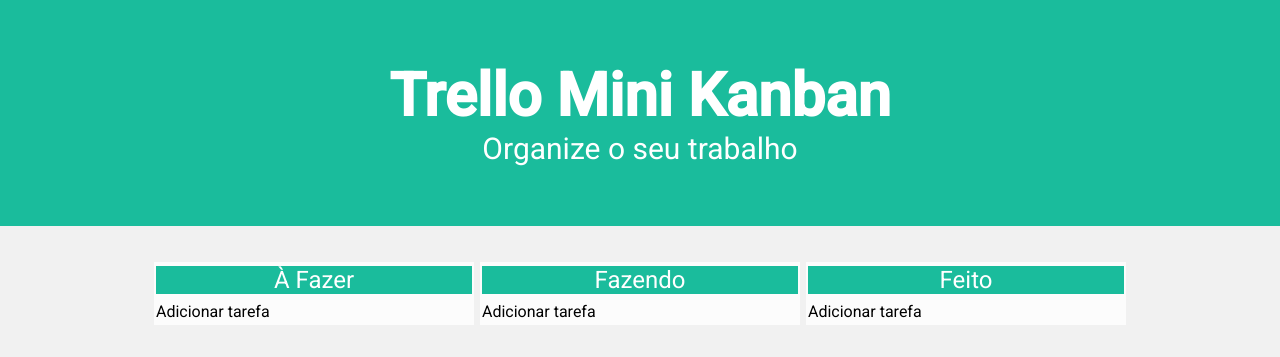
Repository: douglasabnovato/byteclass
Page: trello-mini-kanban/index.html
These files come from the project's save history. The page is drawn as it stood at one moment and after the next save; the edit follows.
The browser window is 1280 px wide. The pictures show the whole page.

Above is the page before, as saved 2025-07-31 21:07:49.

### trello-mini-kanban/index.html
<!DOCTYPE html>
<html>
  <head>
    <meta charset="UTF-8" />
    <meta http-equiv="X-UA-Compatible" content="IE=edge" />
    <meta name="viewport" content="width=device-width, initial-scale=1.0" />
    <link
      rel="stylesheet"
      href="https://cdnjs.cloudflare.com/ajax/libs/font-awesome/4.7.0/css/font-awesome.min.css"
    />
    <title>Trello Mini Kanban</title>
    <link rel="stylesheet" href="./style.css" />
  </head>

  <body>
    <div id="home" class="container content" >
      <header>
        <h1>Trello Mini Kanban</h1>
        <p>Organize o seu trabalho</p>
      </header>

      <main>
        <div class="board">
          <h3 class="title">À Fazer</h3>
          <ul
            id="a-fazer"
            class="todo-list"
            ondrop="drop(event, this.id)"
            ondragover="over(event)"
          ></ul>
          <div class="add-card" onclick="addCard(this)">
            <p>Adicionar tarefa</p>
          </div>
        </div>

        <div class="board">
          <h3 class="title">Fazendo</h3>
          <ul
            id="fazendo"
            class="todo-list"
            ondrop="drop(event, this.id)"
            ondragover="over(event)"
          ></ul>
          <div class="add-card" onclick="addCard(this)">
            <p>Adicionar tarefa</p>
          </div>
        </div>

        <div class="board">
          <h3 class="title">Feito</h3>
          <ul
            id="feito"
            class="todo-list"
            ondrop="drop(event, this.id)"
            ondragover="over(event)"
          ></ul>
          <div class="add-card" onclick="addCard(this)">
            <p>Adicionar tarefa</p>
          </div>
        </div>
      </main>
    </div>

    <script src="./script.js"></script>
  </body>
</html>

### trello-mini-kanban/style.css
@import url("https://fonts.googleapis.com/css2?family=Roboto:wght@100;300;400;500&display=swap");

* {
  box-sizing: border-box;
  margin: 0;
}

body {
  background-color: #f1f1f1;
  font-family: "Roboto", sans-serif;
}

header {
  padding: 60px;
  text-align: center;
  background: #1abc9c;
  color: white;
  font-size: 30px;
}

main {
  display: flex;
  flex-wrap: wrap;
  justify-content: center;
  padding-block: 36px;
  gap: 6px;
}

.board {
  display: flex;
  flex-direction: column;
  gap: 4px;
  padding-block: 4px;
  padding-inline: 2px;
  width: 320px;
  background-color: rgba(255, 255, 255, 0.8);
}

.board .title {
  background-color: #1abc9c;
  color: white;
  text-align: center;
  font-size: 24px;
  font-weight: 400;
}

/*

.board ul {
  list-style-type: none;
  min-height: 330px;
  padding: 2px;
  display: flex;
  flex-wrap: wrap;
  align-content: flex-start;
}

.board li {
  background-color: white;
  box-shadow: 2px 2px rgba(0, 0, 0, 0.2);
  border-radius: 4px;
  min-width: 100px;
  height: 40px;
  display: flex;
  justify-content: space-between;
  margin: 4px 10px;
  padding: 8px;
  display: flex;
  align-items: center;
}

.board li:hover {
  cursor: move;
  background-color: rgba(200, 200, 200, 0.5);
  box-shadow: 2px 2px rgba(0, 0, 0, 0.4);
}

.board .todo-list .remove {
  width: 16px;
  height: 16px;
  border-radius: 50%;
  text-align: center;
  font-size: 12px;
  color: #c3c3c3;
}

.board .todo-list .remove:hover {
  cursor: pointer;
  background-color: lightcoral;
}

.board .add-card {
  background-color: rgba(200, 200, 200, 0.8);
  border-radius: 2px;
  box-shadow: 2px 2px rgba(0, 0, 0, 0.2);
  margin: 4px 4px;
}

.board .add-card:hover {
  background-color: rgba(192, 182, 182, 0.95);
  cursor: pointer;
  box-shadow: 2px 2px rgba(0, 0, 0, 0.4);
}

.board .add-card p {
  font-size: 16px;
  padding: 15px 10px;
  font-weight: 100;
}
*/

### trello-mini-kanban/script.js

// function addCard(element) {
//   const ulId = element.previousElementSibling.id;
//   const text = prompt("Qual é a tarefa?");
//   const board = document.getElementById(ulId);

//   const template = `
//     <li id="${new Date().getTime()}" draggable="true" ondragstart="drag(event)">
//         <p>${text}</p>
//         <p class="remove" onclick="removeCard(this)">x</p>
//     </li>
//   `;

//   board.innerHTML += template;
// }

// /* remover uma tarefa */
// function removeCard(element) {
//   document.getElementById(element.parentElement.id).remove();
// }

// /* arrastar uma tarefa entre os quadros */
// function drag(event) {
//   event.dataTransfer.setData("card", event.target.id);
// }

// function over(event) {
//   event.preventDefault();
// }

// function drop(event, id) {
//   event.preventDefault();

//   const target = document.getElementById(id);
//   const data = event.dataTransfer.getData("card");
//   const card = document.getElementById(data);

//   target.appendChild(card);
//   event.dataTransfer.clearData();
// }

After the next save:
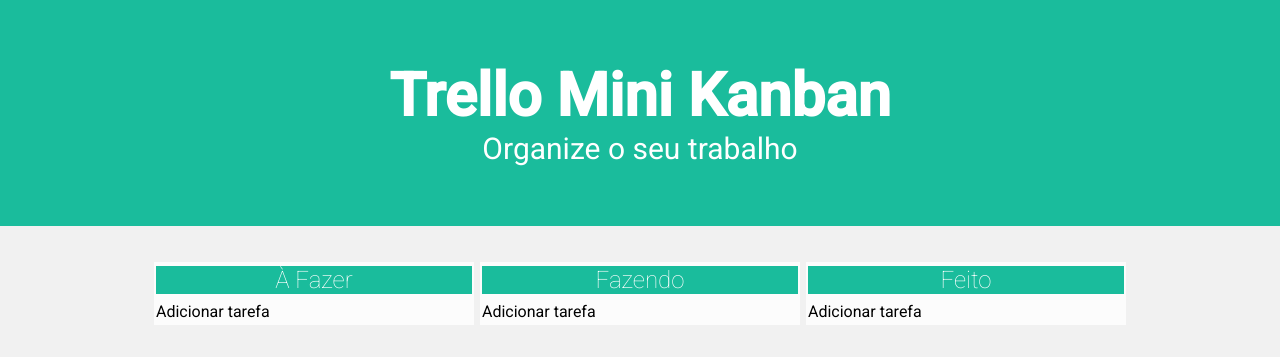
Saved 43 s later.
--- a/trello-mini-kanban/style.css
+++ b/trello-mini-kanban/style.css
@@ -41,7 +41,7 @@
   color: white;
   text-align: center;
   font-size: 24px;
-  font-weight: 400;
+  font-weight: 200;
 }
 
 /*

After the 2 saves that followed:
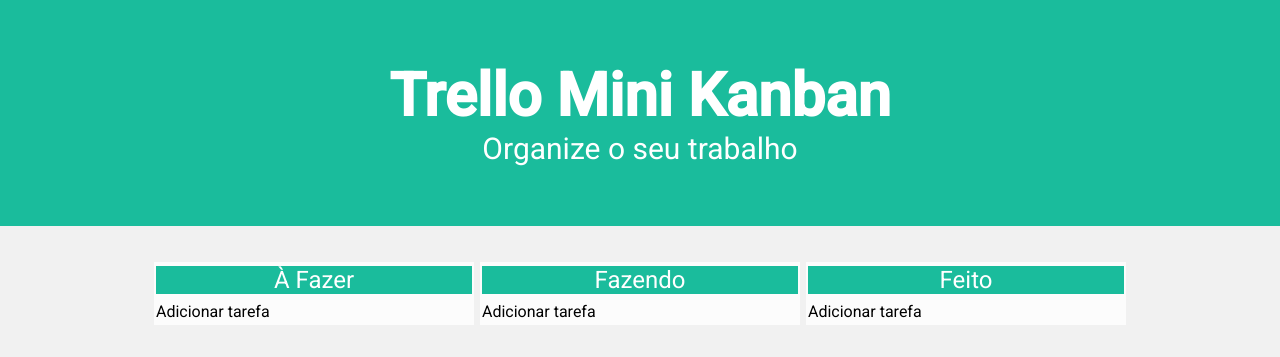
The 2 saves are shown as one change because 1 left the picture as it was.
The last was saved 21 s later.
--- a/trello-mini-kanban/style.css
+++ b/trello-mini-kanban/style.css
@@ -41,7 +41,7 @@
   color: white;
   text-align: center;
   font-size: 24px;
-  font-weight: 200;
+  font-weight: 400;
 }
 
 /*
